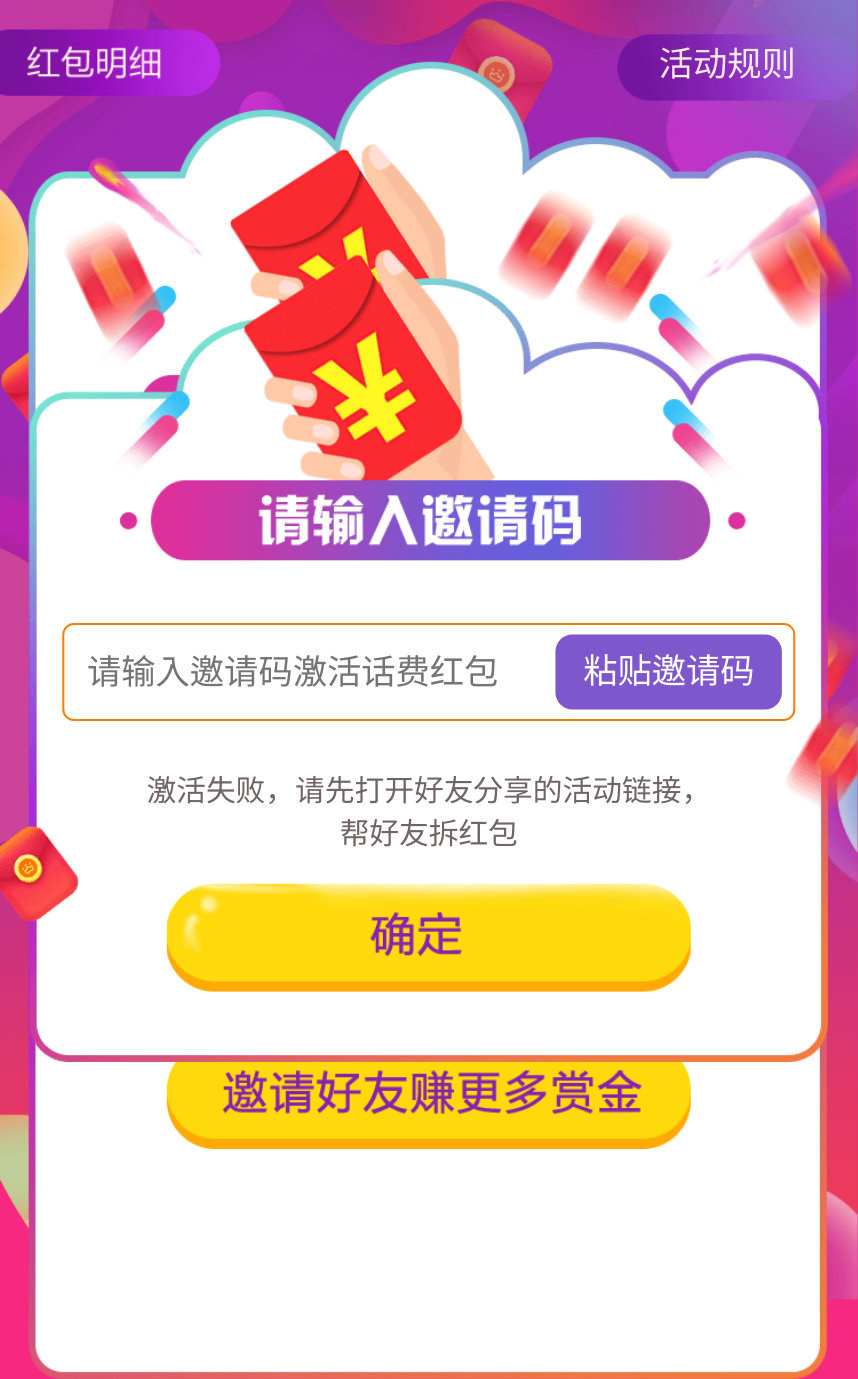
Repository: wangbiaozy/hb
Page: index_ye.html
These files come from the project's save history. The page is drawn as it stood at one moment and after the next save; the edit follows.
The browser window is 1280 px wide. The pictures show the whole page, at 67% of full size.

Above is the page before, as saved 2018-08-17 15:21:08.

After the next save:
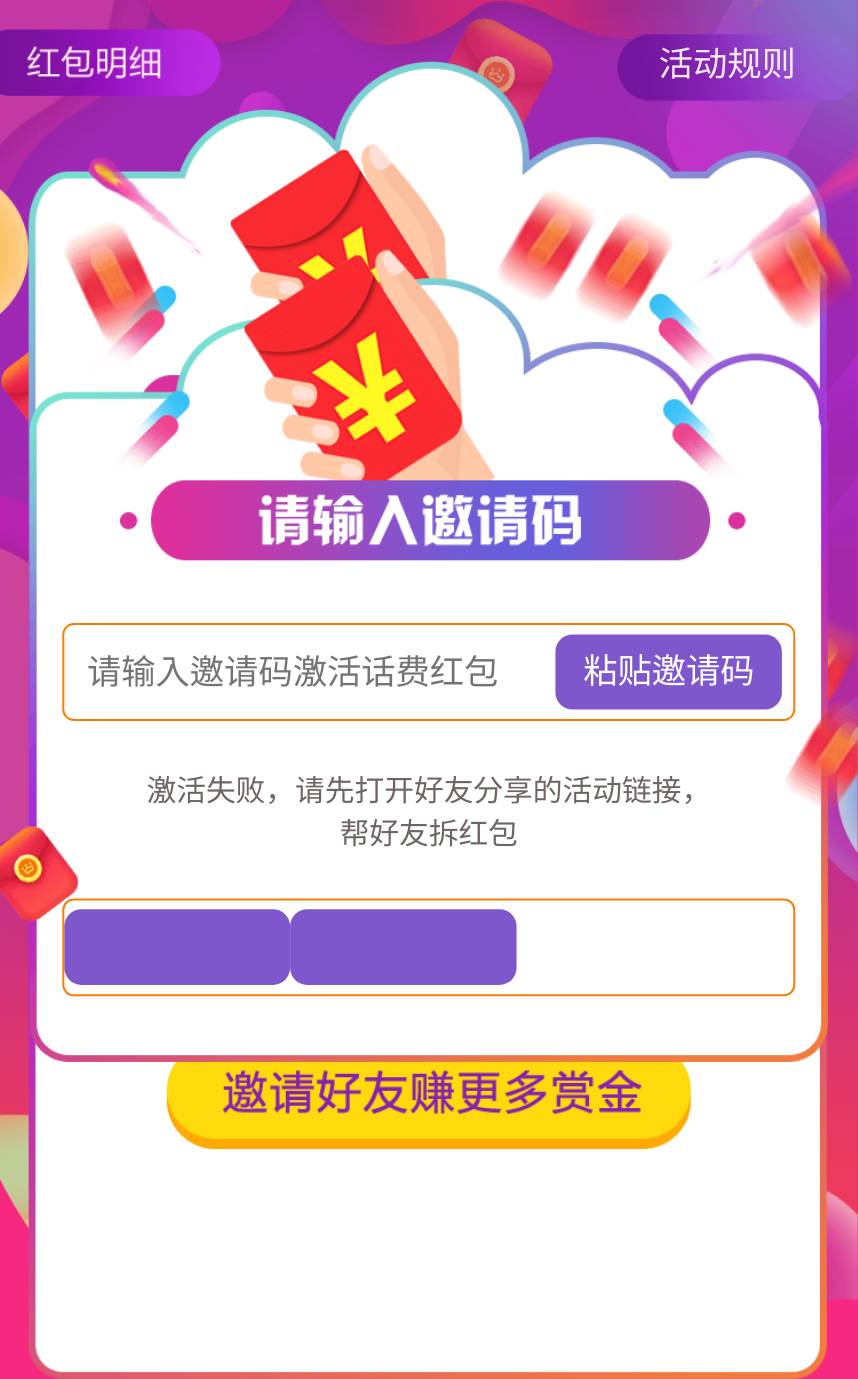
Saved 27 s later.
--- a/index_ye.html
+++ b/index_ye.html
@@ -36,8 +36,10 @@
             <a href="">粘贴邀请码</a>
         </div>
         <p>激活失败，请先打开好友分享的活动链接，帮好友拆红包</p>
-        <a class="close" href="javascript:void(0)"></a>
-        <a class="close" href="javascript:void(0)"></a>
+        <div>
+            <a class="close" href="javascript:void(0)"></a>
+            <a class="close" href="javascript:void(0)"></a>
+        </div>
     </section>
     <!-- 活动规则弹窗 -->
     <section class="rule">
